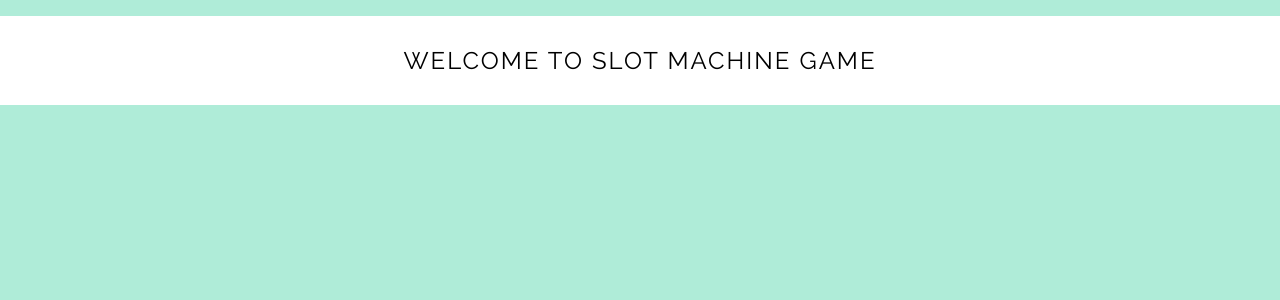
Repository: duggallakshya/slotMachineReact
Page: /
An editor plug-in stored every save of this project. The page is shown before and after the next save, followed by the edit.
The browser window is 1280 px wide. The pictures show the whole page.
The project was rebuilt for these pictures with package versions that can differ from the ones it lists, and the page was loaded fresh each time.

Above is the page before, as saved 2022-03-22 21:24:32.

### src/index.js
import React from 'react';
import ReactDOM from 'react-dom';
import './index.css';
import App from './App';

ReactDOM.render(
  <App />,
  document.getElementById('root')
)

### src/index.css
@import url('https://fonts.googleapis.com/css2?family=Raleway&display=swap');
body{
  background-color: rgb(175, 236, 216);
  margin: 0;
  padding: 0;

}

.heading-style{
  padding: 30px 0;
  text-align: center;
  font-family:'Raleway', sans-serif;;
  text-transform: uppercase;
  font-size: 13px;
  letter-spacing: 2px;
  font-weight: 500;
  background-color: #fff;
  font-size: 1.5rem;
  margin-bottom: 30px;
}

### src/App.jsx
import React from 'react'

const App = () => {
    return(
        <>
            <h1 className="heading-style"> Welcome to Slot machine game </h1>
        </>
    )
}

export default App;

Loaded but not shown: public/index.html (common file)

After the next save:
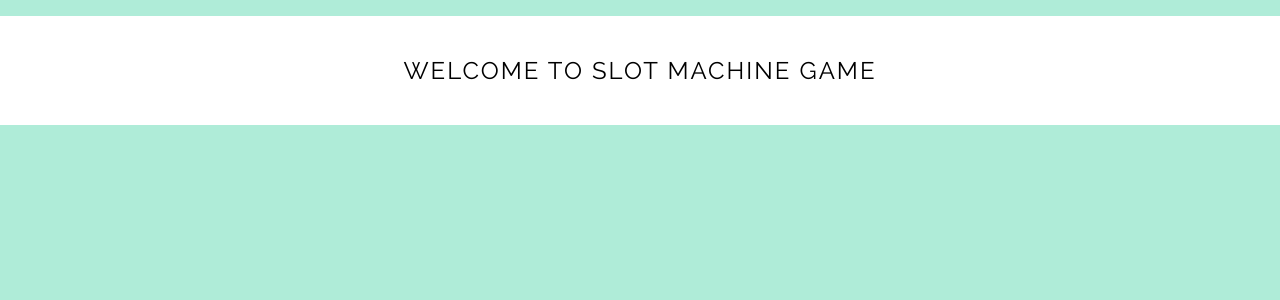
Saved 13 s later.
--- a/src/index.css
+++ b/src/index.css
@@ -7,7 +7,7 @@ body{
 }
 
 .heading-style{
-  padding: 30px 0;
+  padding: 40px 0;
   text-align: center;
   font-family:'Raleway', sans-serif;;
   text-transform: uppercase;
